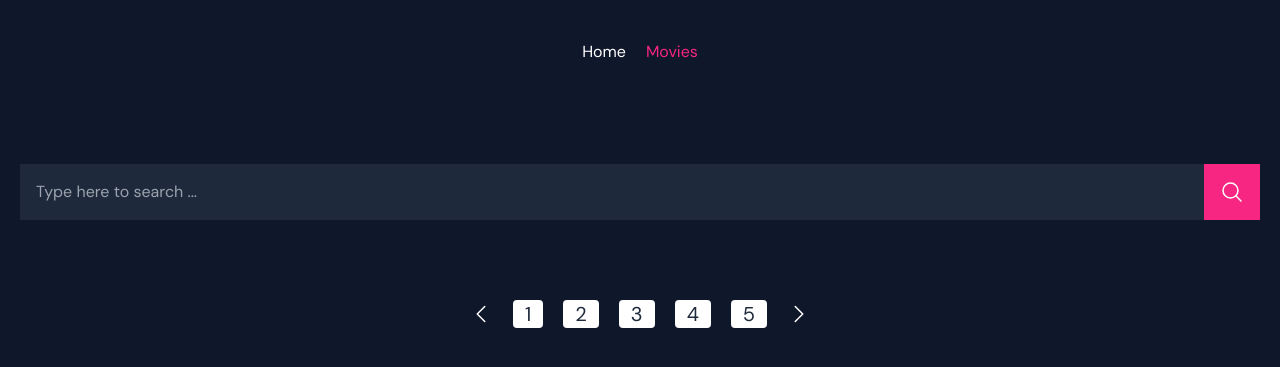
Repository: thanhdinh01/simple-movie
Page: /movies
These files come from the project's save history. The page is drawn as it stood at one moment and after the next save; the edit follows.
The browser window is 1280 px wide. The pictures show the whole page.
The page's requests for data from a server got no answer. The project was rebuilt for these pictures with package versions that can differ from the ones it lists, and the page was loaded fresh each time. No one was signed in, and anything a server would have sent is missing. Also part of the build but not shown: src/components/banner/Banner.js, src/components/movie/MovieCard.js, src/components/movie/MovieList.js, src/pages/HomePage.js, src/pages/MovieDetailPage.js.

Above is the page before, as saved 2023-03-01 11:34:54.

### public/index.html
<!DOCTYPE html>
<html lang="en">
  <head>
    <meta charset="utf-8" />
    <link rel="icon" href="%PUBLIC_URL%/favicon.ico" />
    <meta name="viewport" content="width=device-width, initial-scale=1" />
    <meta name="theme-color" content="#000000" />
    <meta
      name="description"
      content="Web site created using create-react-app"
    />
    <link rel="apple-touch-icon" href="%PUBLIC_URL%/logo192.png" />
    <!--
      manifest.json provides metadata used when your web app is installed on a
      user's mobile device or desktop. See https://developers.google.com/web/fundamentals/web-app-manifest/
    -->
    <link rel="manifest" href="%PUBLIC_URL%/manifest.json" />
    <link rel="preconnect" href="https://fonts.googleapis.com" />
    <link rel="preconnect" href="https://fonts.gstatic.com" crossorigin />
    <link
      href="https://fonts.googleapis.com/css2?family=DM+Sans:wght@400;500;700&display=swap"
      rel="stylesheet"
    />
    <!--
      Notice the use of %PUBLIC_URL% in the tags above.
      It will be replaced with the URL of the `public` folder during the build.
      Only files inside the `public` folder can be referenced from the HTML.

      Unlike "/favicon.ico" or "favicon.ico", "%PUBLIC_URL%/favicon.ico" will
      work correctly both with client-side routing and a non-root public URL.
      Learn how to configure a non-root public URL by running `npm run build`.
    -->
    <title>React App</title>
  </head>
  <body>
    <noscript>You need to enable JavaScript to run this app.</noscript>
    <div id="root"></div>
    <!--
      This HTML file is a template.
      If you open it directly in the browser, you will see an empty page.

      You can add webfonts, meta tags, or analytics to this file.
      The build step will place the bundled scripts into the <body> tag.

      To begin the development, run `npm start` or `yarn start`.
      To create a production bundle, use `npm run build` or `yarn build`.
    -->
  </body>
</html>

### src/index.scss
@tailwind base;
@tailwind components;
@tailwind utilities;

@layer base {
  body {
    @apply bg-slate-900 font-thanh px-5 text-white;
  }
}

@layer components {
  .page-container {
    max-width: 1280px;
    @apply mx-auto;
  }

  .movie-list .swiper-slide {
    width: 300px;
    height: auto;
  }

  .banner .swiper {
    height: 100%;
  }
}

### src/App.js
import { Fragment, React } from "react";
import "swiper/scss";
import Banner from "./components/banner/Banner";
import { Route, Routes } from "react-router-dom";
import Main from "./components/layout/Main";
import HomePage from "./pages/HomePage";
import MoviePage from "./pages/MoviePage";
import MovieDetailPage from "./pages/MovieDetailPage";

function App() {
  return (
    <Fragment>
      <Routes>
        <Route element={<Main></Main>}>
          <Route
            path="/"
            element={
              <>
                <Banner></Banner>
                <HomePage></HomePage>
              </>
            }
          ></Route>
          <Route path="/movies" element={<MoviePage></MoviePage>}></Route>
          <Route
            path="/movie/:movieId"
            element={<MovieDetailPage></MovieDetailPage>}
          ></Route>
        </Route>
      </Routes>
    </Fragment>
  );
}

export default App;

### src/components/layout/Main.js
import React, { Fragment } from "react";
import { Outlet } from "react-router";
import Header from "./Header";

const Main = () => {
  return (
    <Fragment>
      <Header></Header>
      <Outlet></Outlet>
    </Fragment>
  );
};

export default Main;

### src/pages/MoviePage.js
import React, { useEffect, useState } from "react";
import { fetcher } from "../config";
import useSWR from "swr";
import MovieCard from "../components/movie/MovieCard";
import useDebounce from "../hooks/useDebounce";

const MoviePage = () => {
  // const [movies, setMovies] = useState([]);
  const [filter, setFilter] = useState("");
  const [url, setUrl] = useState(
    "https://api.themoviedb.org/3/movie/popular?api_key=3ebac7519711ebbec5fcfb8abd2d5d99"
  );
  let debounceValue = useDebounce(filter, 500);

  const { data, error } = useSWR(url, fetcher);
  const pageQuantity = 5;

  useEffect(() => {
    if (debounceValue) {
      setUrl(
        `https://api.themoviedb.org/3/search/movie?api_key=3ebac7519711ebbec5fcfb8abd2d5d99&query=${debounceValue}`
      );
    } else {
      setUrl(
        "https://api.themoviedb.org/3/movie/popular?api_key=3ebac7519711ebbec5fcfb8abd2d5d99"
      );
    }
  }, [debounceValue]);

  // useEffect(() => {
  //   if (data) setMovies(data?.results);
  // }, [data]);

  const handleChangeSearch = (e) => {
    console.log("value:", e.target.value);
    setFilter(e.target.value);
    console.log("debounceValue:", debounceValue);
  };

  const loading = !data && !error;

  const movies = data?.results || [];

  return (
    <div className="page-container py-10">
      <div className="flex mb-10">
        <div className="flex-1">
          <input
            type="text"
            placeholder="Type here to search ..."
            className="w-full outline-none bg-slate-800 p-4 text-white"
            onChange={handleChangeSearch}
          />
        </div>
        <button className="p-4 bg-primary text-white">
          <svg
            xmlns="http://www.w3.org/2000/svg"
            fill="none"
            viewBox="0 0 24 24"
            strokeWidth="1.5"
            stroke="currentColor"
            className="w-6 h-6"
          >
            <path
              strokeLinecap="round"
              strokeLinejoin="round"
              d="M21 21l-5.197-5.197m0 0A7.5 7.5 0 105.196 5.196a7.5 7.5 0 0010.607 10.607z"
            />
          </svg>
        </button>
      </div>
      {loading && (
        <div className="flex justify-center items-center mx-auto h-10 w-10 rounded-full border-8 border-primary border-t-transparent animate-spin"></div>
      )}
      {!loading && (
        <div className="grid grid-cols-4 gap-10 text-white mt-10">
          {movies?.length > 0 &&
            movies.map((item) => (
              <MovieCard key={item.id} item={item}></MovieCard>
            ))}
        </div>
      )}

      <div className="flex justify-center items-center mt-10 gap-x-5">
        <span className="cursor-pointer">
          <svg
            xmlns="http://www.w3.org/2000/svg"
            fill="none"
            viewBox="0 0 24 24"
            strokeWidth="1.5"
            stroke="currentColor"
            className="w-6 h-6"
          >
            <path
              strokeLinecap="round"
              strokeLinejoin="round"
              d="M15.75 19.5L8.25 12l7.5-7.5"
            />
          </svg>
        </span>
        {new Array(pageQuantity).fill(0).map((item, index) => (
          <span
            key={index}
            className="cursor-pointer bg-white text-slate-800 px-3 py-1 rounded leading-none text-xl"
          >
            {index + 1}
          </span>
        ))}
        <span className="cursor-pointer">
          <svg
            xmlns="http://www.w3.org/2000/svg"
            fill="none"
            viewBox="0 0 24 24"
            strokeWidth="1.5"
            stroke="currentColor"
            className="w-6 h-6"
          >
            <path
              strokeLinecap="round"
              strokeLinejoin="round"
              d="M8.25 4.5l7.5 7.5-7.5 7.5"
            />
          </svg>
        </span>
      </div>
    </div>
  );
};

export default MoviePage;

### src/config.js
export const fetcher = (...args) => fetch(...args).then((res) => res.json());

export const apiKey = "3ebac7519711ebbec5fcfb8abd2d5d99";

### src/components/layout/Header.js
import React from "react";
import { NavLink } from "react-router-dom";

const Header = () => {
  return (
    <header className="header flex items-center justify-center gap-x-5 py-10 mb-5 text-white">
      <NavLink
        to="/"
        className={({ isActive }) => (isActive ? "text-primary" : "text-white")}
      >
        Home
      </NavLink>
      <NavLink
        to="/movies"
        className={({ isActive }) => (isActive ? "text-primary" : "text-white")}
      >
        Movies
      </NavLink>
    </header>
  );
};

export default Header;

### src/hooks/useDebounce.js
import { useEffect, useState } from "react";

export default function useDebounce(value = "", delay = 1000) {
  const [debouncedValue, setDebouncedValue] = useState(value);

  useEffect(() => {
    const timer = setTimeout(() => setDebouncedValue(value), delay || 500);

    return () => {
      clearTimeout(timer);
    };
  }, [value, delay]);

  return debouncedValue;
}

### tailwind.config.js
/** @type {import('tailwindcss').Config} */
module.exports = {
  content: ["./src/**/*.{js,jsx,ts,tsx}"],
  theme: {
    extend: {
      fontFamily: {
        thanh: ["DM sans", "sans-serif"],
      },
      colors: {
        primary: "#F62682",
        second: "#5f27cd",
      },
    },
  },
  plugins: [],
};

Loaded but not shown: src/index.js (common file); src/reportWebVitals.js (common file)

After the next save:
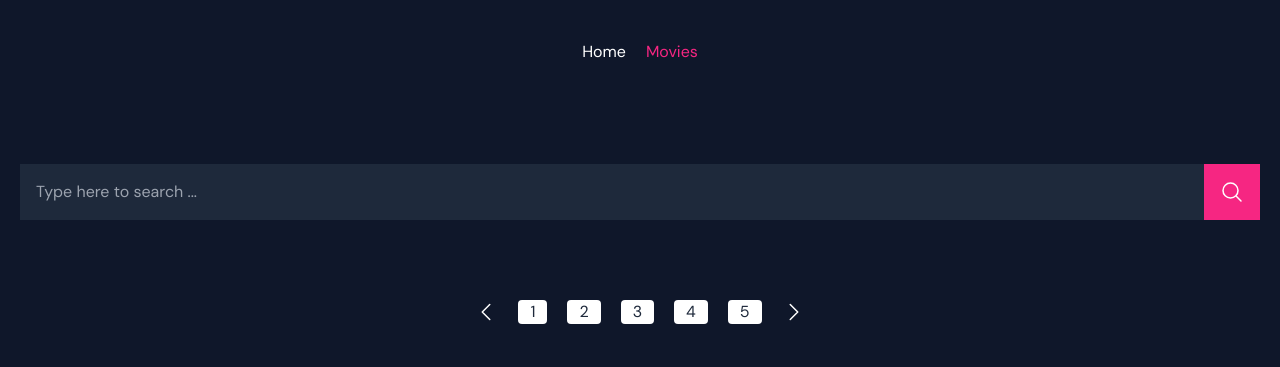
Saved 9 s later.
--- a/src/pages/MoviePage.js
+++ b/src/pages/MoviePage.js
@@ -101,7 +101,7 @@ const MoviePage = () => {
         {new Array(pageQuantity).fill(0).map((item, index) => (
           <span
             key={index}
-            className="cursor-pointer bg-white text-slate-800 px-3 py-1 rounded leading-none text-xl"
+            className="cursor-pointer bg-white text-slate-800 px-3 py-1 rounded leading-none"
           >
             {index + 1}
           </span>
